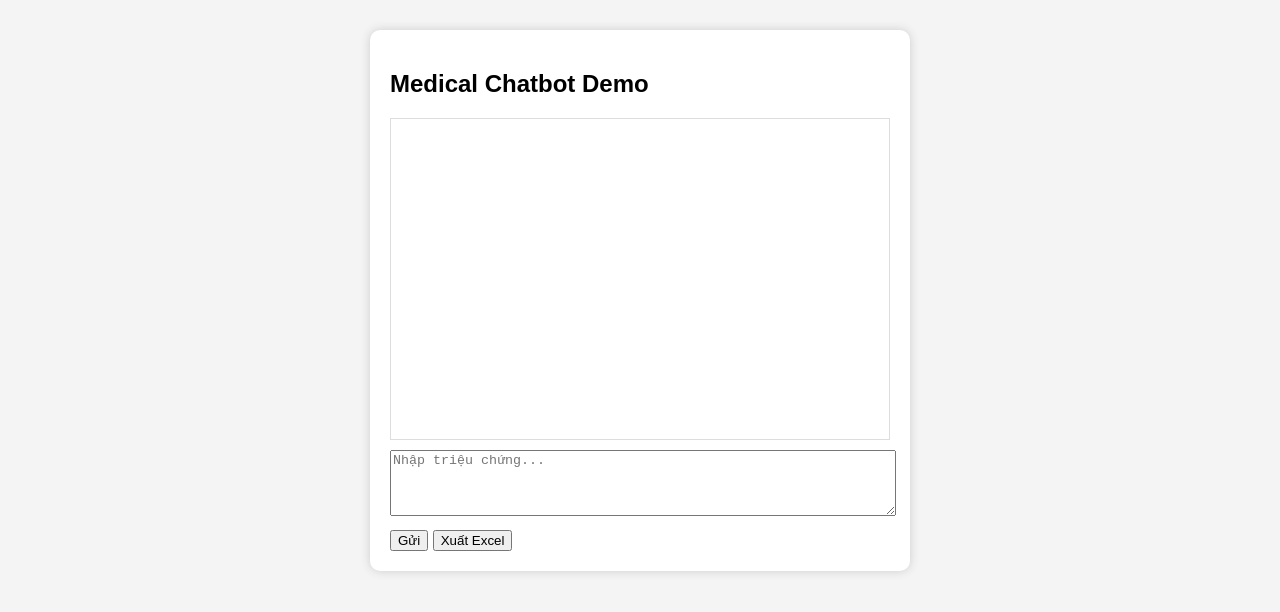
Repository: ititiu20201/MedicalChatbot
Page: frontend/index.html
An editor plug-in stored every save of this project. The page is shown before and after the next save, followed by the edit.
The browser window is 1280 px wide. The pictures show the whole page.

Above is the page before, as saved 2025-09-12 00:45:09.

After the next save:
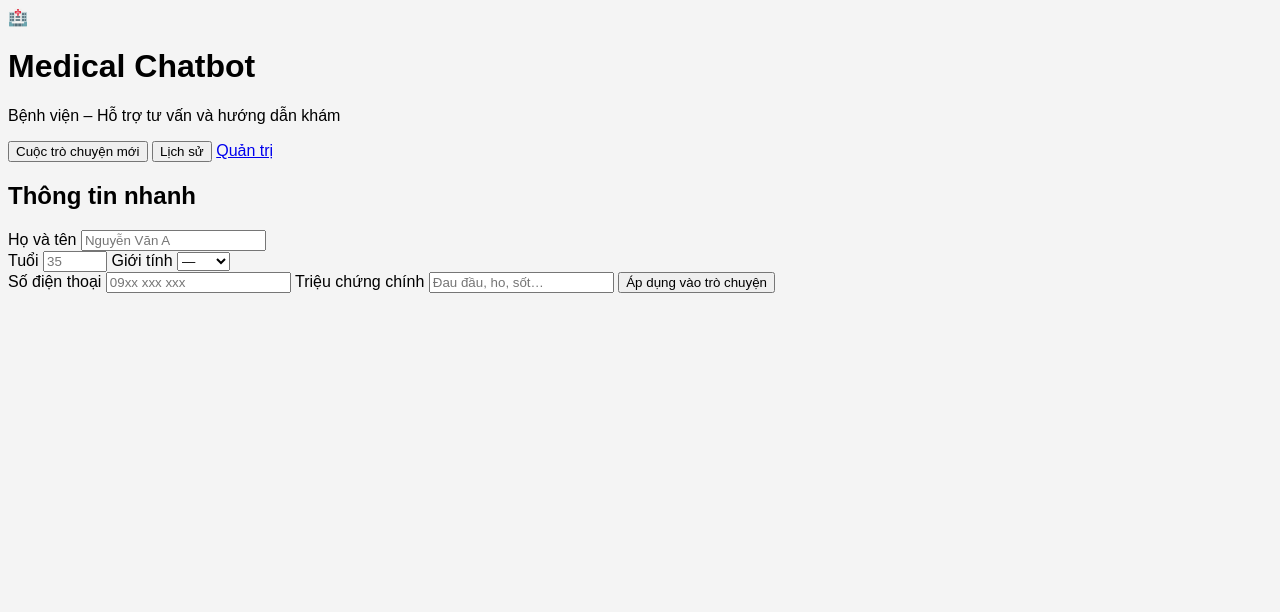
Saved 21 min 2 s later.
--- a/frontend/index.html
+++ b/frontend/index.html
@@ -1,20 +1,60 @@
 <!DOCTYPE html>
 <html lang="vi">
 <head>
-  <meta charset="UTF-8">
-  <title>Medical Chatbot Demo</title>
-  <link rel="stylesheet" href="style.css">
+<meta charset="utf-8" />
+<meta name="viewport" content="width=device-width, initial-scale=1" />
+<title>Medical Chatbot – Bệnh viện</title>
+<link rel="stylesheet" href="style.css" />
+<link rel="icon" href="data:,">
 </head>
 <body>
-  <div id="chat-container">
-    <h2>Medical Chatbot Demo</h2>
-    <div id="chat-box"></div>
+<header class="site-header" role="banner">
+<div class="container header__inner">
+<div class="brand">
+<div class="brand__logo" aria-hidden="true">🏥</div>
+<div class="brand__text">
+<h1>Medical Chatbot</h1>
+<p>Bệnh viện – Hỗ trợ tư vấn và hướng dẫn khám</p>
+</div>
+</div>
+<nav class="header__nav" aria-label="Tác vụ nhanh">
+<button class="btn btn--ghost" id="btn-new">Cuộc trò chuyện mới</button>
+<button class="btn btn--ghost" id="btn-history">Lịch sử</button>
+<a href="admin.html" class="btn btn--primary" aria-label="Trang quản trị">Quản trị</a>
+</nav>
+</div>
+</header>
 
-    <textarea id="user-input" placeholder="Nhập triệu chứng..."></textarea>
-    <button id="send-btn">Gửi</button>
-    <button id="export-btn">Xuất Excel</button>
-  </div>
 
-  <script src="app.js"></script>
-</body>
+<main class="container layout" role="main">
+<!-- Sidebar: Thông tin bệnh nhân ngắn gọn -->
+<aside class="panel panel--side" aria-label="Thông tin bệnh nhân">
+<h2 class="panel__title">Thông tin nhanh</h2>
+<form id="patient-form" class="form" autocomplete="on">
+<label class="form__label">Họ và tên
+<input class="input" name="name" placeholder="Nguyễn Văn A" />
+</label>
+<div class="grid grid--2">
+<label class="form__label">Tuổi
+<input class="input" name="age" type="number" min="0" max="120" placeholder="35" />
+</label>
+<label class="form__label">Giới tính
+<select class="input" name="gender">
+<option value="">—</option>
+<option>Nam</option>
+<option>Nữ</option>
+<option>Khác</option>
+</select>
+</label>
+</div>
+<label class="form__label">Số điện thoại
+<input class="input" name="phone" type="tel" placeholder="09xx xxx xxx" />
+</label>
+<label class="form__label">Triệu chứng chính
+<input class="input" name="chief_complaint" placeholder="Đau đầu, ho, sốt…" />
+</label>
+<button type="button" id="btn-apply-profile" class="btn btn--primary btn--block">Áp dụng vào trò chuyện</button>
+</form>
+
+
 </html>
